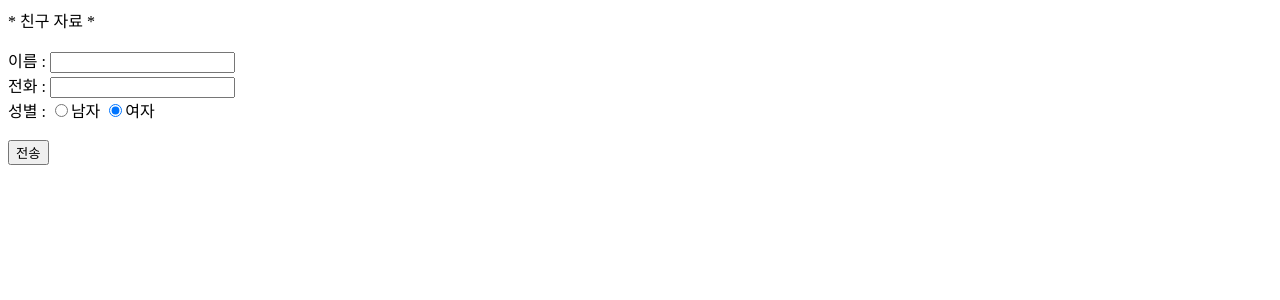
Repository: CUCU7103/Python-project
Page: pypro1/pack4network/friend.html
The author's editor kept a copy of each file at every save. The page is drawn from the files as they stood at one save, then again after the next save.
The browser window is 1280 px wide. The pictures show the whole page.

Above is the page before, as saved 2023-04-18 04:02:24.

After the next save:
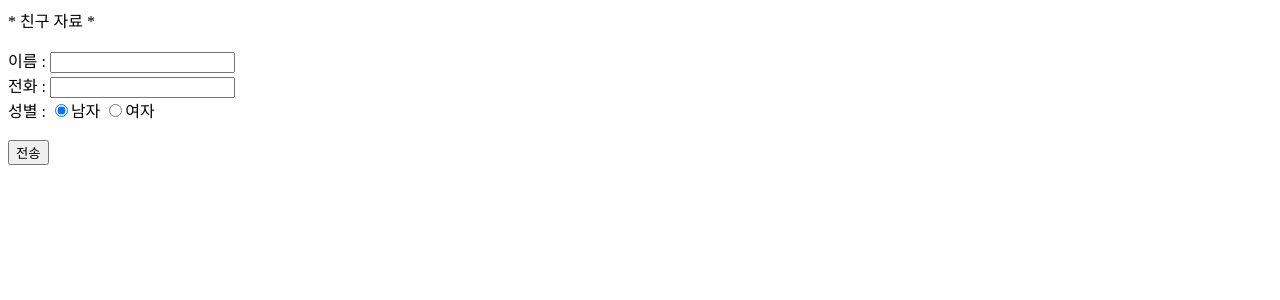
Saved 40 s later.
--- a/pypro1/pack4network/friend.html
+++ b/pypro1/pack4network/friend.html
@@ -11,7 +11,7 @@
 전화 : <input type="text" name="phone" /></br>
 성별 :
 <input type ='radio' name='gen' value='남' checked>남자
-<input type ='radio' name='gen' value='여' checked>여자
+<input type ='radio' name='gen' value='여'>여자
 <br/><br/>
 <input type="submit" value="전송">
 </form>
